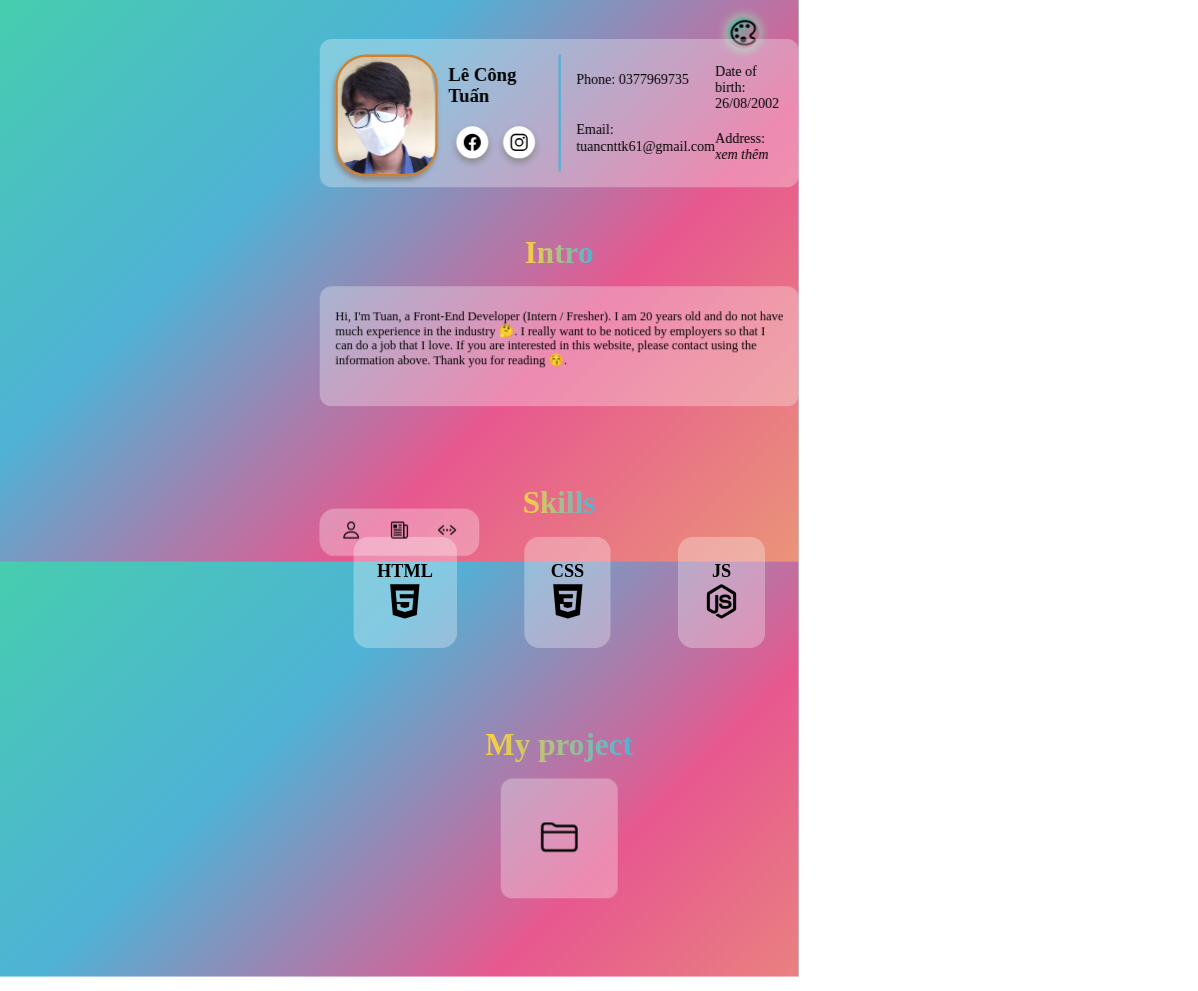
Repository: LeCongTuan2608/Profile
Page: index.html
These files come from the project's save history. The page is drawn as it stood at one moment and after the next save; the edit follows.
The browser window is 1024 px wide. The page is 1229 px wide, then 1536 px, so the pictures cover 1536 px, including what lies to the right of the window. The pictures show the whole page, at 78% of full size.
Backgrounds fixed to the window are drawn as part of the page. The style sheet was rebuilt from its Sass, Less or Tailwind sources for each picture, by a compiler version that may differ from the author's.

Above is the page before, as saved 2022-05-05 12:16:48.

### index.html
<!DOCTYPE html>
<html lang="en">
   <head>
      <meta charset="UTF-8" />
      <meta http-equiv="X-UA-Compatible" content="IE=edge" />
      <meta name="viewport" content="width=device-width, initial-scale=1.0" />

      <script type="module" src="https://unpkg.com/ionicons@5.5.2/dist/ionicons/ionicons.esm.js"></script>
      <script nomodule src="https://unpkg.com/ionicons@5.5.2/dist/ionicons/ionicons.js"></script>

      <link rel="preconnect" href="https://fonts.googleapis.com" />
      <link rel="preconnect" href="https://fonts.gstatic.com" crossorigin />
      <link href="https://fonts.googleapis.com/css2?family=Pacifico&display=swap" rel="stylesheet" />

      <link href="https://unpkg.com/aos@2.3.1/dist/aos.css" rel="stylesheet" />
      <script src="https://unpkg.com/aos@2.3.1/dist/aos.js"></script>

      <link rel="stylesheet" href="./sass/css/style.css" />
      <title>Profile</title>
   </head>
   <body>
      <div class="container">
         <div class="palette">
            <ion-icon name="color-palette-outline"></ion-icon>
            <div class="list-color">
               <ul>
                  <li class="bgr-color"></li>
                  <li class="bgr-color"></li>
                  <li class="bgr-color"></li>
               </ul>
            </div>
         </div>

         <div class="contents">
            <div data-aos="flip-left" data-aos-duration="1500">
               <div class="card-info">
                  <div class="personal-information">
                     <div class="image">
                        <div class="user-image">
                           <img src="./images/1.JPG" alt="" />
                        </div>
                        <div class="user-intro">
                           <h2>Lê Công Tuấn</h2>
                           <div class="user-intro-navigation">
                              <div class="navigation-fb">
                                 <a href="https://www.facebook.com/profile.php?id=100026041985048"
                                    ><ion-icon name="logo-facebook"></ion-icon
                                 ></a>
                                 <span>facebook</span>
                              </div>
                              <div class="navigation-ins">
                                 <a href="https://www.instagram.com/tuanle2608/"
                                    ><ion-icon name="logo-instagram"></ion-icon
                                 ></a>
                                 <span>instagram</span>
                              </div>
                           </div>
                        </div>
                     </div>
                     <div class="contact">
                        <div class="contact-info">
                           <span>Phone: 0377969735</span>
                           <span>Email: tuancnttk61@gmail.com</span>
                        </div>
                        <div class="contact-info">
                           <span>Date of birth: 26/08/2002</span>
                           <span>Address: <i id="see">xem thêm</i></span>
                        </div>
                     </div>
                  </div>
               </div>
            </div>
            <div class="card-intro">
               <div class="intro-yourself">
                  <div class="title">
                     <div data-aos="fade-up" data-aos-duration="1000">
                        <h1>Intro</h1>
                     </div>
                  </div>
                  <div data-aos="flip-down" data-aos-duration="1000">
                     <div class="intro-content">
                        <p>
                           Hi, I'm Tuan, a Front-End Developer (Intern / Fresher). I am 20 years old and do not have
                           much experience in the industry 🤔. I really want to be noticed by employers so that I can do
                           a job that I love. If you are interested in this website, please contact using the
                           information above. Thank you for reading 😚.
                        </p>
                     </div>
                  </div>
               </div>

               <div class="my-skills">
                  <div class="title">
                     <div data-aos="fade-down" data-aos-easing="linear" data-aos-duration="300">
                        <h1>Skills</h1>
                     </div>
                  </div>
                  <div class="skills-content">
                     <div class="list-skills">
                        <div data-aos="fade-right">
                           <h3>HTML</h3>
                           <ion-icon name="logo-html5"></ion-icon>
                        </div>

                        <div data-aos="fade-down">
                           <h3>CSS</h3>
                           <ion-icon name="logo-css3"></ion-icon>
                        </div>

                        <div data-aos="fade-left">
                           <h3>JS</h3>
                           <ion-icon name="logo-nodejs"></ion-icon>
                        </div>
                     </div>
                  </div>
               </div>

               <div class="my-project">
                  <div class="title">
                     <div data-aos="fade-up" data-aos-anchor-placement="bottom-bottom">
                        <h1>My project</h1>
                     </div>
                  </div>
                  <div class="project-box">
                     <div data-aos="zoom-in">
                        <div class="box">
                           <ion-icon name="folder-outline"></ion-icon>
                        </div>
                     </div>
                  </div>
               </div>
            </div>
         </div>

         <div class="box-container">
            <div class="list-project">
               <div class="close">
                  <ion-icon name="close-circle-outline"></ion-icon>
               </div>

               <ul>
                  <li>
                     <a href="https://lecongtuan2608.github.io/Youtube/">https://lecongtuan2608.github.io/Youtube/</a>
                  </li>
                  <li><a href="https://lecongtuan2608.github.io/music/">https://lecongtuan2608.github.io/music/</a></li>
               </ul>
            </div>
         </div>
         <div class="toolbar">
            <div class="tollbar-list">
               <ul>
                  <li><ion-icon name="person-outline"></ion-icon></li>
                  <li><ion-icon name="newspaper-outline"></ion-icon></li>
                  <li><ion-icon name="code-working-outline"></ion-icon></li>
               </ul>
            </div>
         </div>
      </div>
   </body>
   <script>
      AOS.init();
   </script>
   <script src="./js/app.js"></script>
</html>

### js/app.js
const open_project = document.querySelector('.box');
const box_container = document.querySelector('.box-container');
const close_box = document.querySelector('.close');
const list_project = document.querySelector('.list-project');
open_project.addEventListener('click', function () {
   box_container.classList.add('open');
});
close_box.addEventListener('click', function () {
   box_container.classList.remove('open');
});
box_container.addEventListener('click', function () {
   box_container.classList.remove('open');
});
list_project.addEventListener('click', function (event) {
   event.stopPropagation();
});

const palette = document.querySelector('.palette');
var bgr_colors = document.querySelectorAll('.bgr-color');
const container = document.querySelector('.container');
const text_colors = document.querySelectorAll('.title h1');
function bgr_change() {
   for (let i = 0; i < bgr_colors.length; i++) {
      bgr_colors[i].addEventListener('click', function () {
         bgr_colors = i;
         if (bgr_colors == 0) {
            for (let text_color of text_colors) {
               text_color.classList.remove('text-color-2');
               text_color.classList.remove('text-color-3');
               text_color.classList.add('text-color-1');
            }
            container.classList.remove('bgr-color-2');
            container.classList.remove('bgr-color-3');
            container.classList.add('bgr-color-1');
         } else if (bgr_colors == 1) {
            for (let text_color of text_colors) {
               text_color.classList.remove('text-color-1');
               text_color.classList.remove('text-color-3');
               text_color.classList.add('text-color-2');
            }
            container.classList.remove('bgr-color-1');
            container.classList.remove('bgr-color-3');
            container.classList.add('bgr-color-2');
         } else if (bgr_colors == 2) {
            for (let text_color of text_colors) {
               text_color.classList.remove('text-color-1');
               text_color.classList.remove('text-color-2');
               text_color.classList.add('text-color-3');
            }
            container.classList.remove('bgr-color-1');
            container.classList.remove('bgr-color-2');
            container.classList.add('bgr-color-3');
         }
      });
   }
}
bgr_change();

### sass/style.scss
*{
    margin: 0;
    padding: 0;
}
html{
    width: 100%;
    height: 100%;
    padding: 0;
    margin: 0;
    font-family: 'Fredoka One', cursive;

}
body{
    width: 100%;
    height: auto;

}
.container{
    padding-top: 50px;
    width: 100%;
    height: auto;
    position: relative;
    background-image: linear-gradient(-45deg, #ea9479, #e7588f, #4fb2d6, #46cdae);
    background-attachment: fixed;
}
.bgr-color-1{
    background-image: linear-gradient(90deg, #74EBD5 0%, #9FACE6 100%);
    background-attachment: fixed;
}
.bgr-color-2{
    background-image: linear-gradient(to right, #eea2a2 0%, #bbc1bf 19%, #57c6e1 42%, #b49fda 79%, #7ac5d8 100%);
    background-attachment: fixed;
}
.bgr-color-3{
    background-image: linear-gradient(to top, #88d3ce 0%, #6e45e2 100%);
    background-attachment: fixed;
}
.palette{
    position: fixed;
    top: 3%;
    right: 5%;
    font-size: 40px;
}
.list-color ul{
    position: absolute;
}
.palette:hover ul li{
    display: block;
}
// chọn màu bgr
.list-color ul li:first-child{
    margin-bottom: 10px;
    background-image: linear-gradient(90deg, #74EBD5 0%, #9FACE6 100%);
}
.list-color ul li:nth-of-type(2){
    margin-bottom: 10px;
    background-image: linear-gradient(to right, #eea2a2 0%, #bbc1bf 19%, #57c6e1 42%, #b49fda 79%, #7ac5d8 100%);
}
.list-color ul li:last-child{
    background-image: linear-gradient(to top, #88d3ce 0%, #6e45e2 100%);

}

.list-color ul li{
    list-style-type: none;
    display: none;
    width: 40px;
    height: 40px;
    border-radius: 100rem;
    box-shadow: #3d3d3d -1px 2px 5px 2px;

}
.toolbar{
    width:  20%;
    border-radius: 20px;
    position: fixed;
    font-size: 25px;
    left: 50%;
    transform: translateX(-50%);
    bottom: 1%;
    background-color: rgba($color: white, $alpha: 0.3);
}
.tollbar-list{
    padding: 10px;
}
.toolbar ul{
    display: flex;
    justify-content: space-around;
}
.toolbar ul li {
    list-style-type: none;
    display: inline;
    border-radius: 100rem;
    cursor: pointer;
}
.toolbar ul li ion-icon{
    padding: 5px;
}
.toolbar ul li:hover {
background-color: #a5e296;
}
.palette ion-icon{
    background-image: linear-gradient(-45deg, #e7588f,#46cdae);
    border-radius: 100rem;
    box-shadow: #a9a9a9 0px 0px 10px 6px;
    cursor: pointer;
}
.contents{
    width: 100%;
    display: flex;
    flex-wrap: wrap;
    align-content: center;
    flex-direction: column;
}
.contents > div{
    width: 60%;
}
.card-info{
    background-color: rgba($color: white, $alpha: 0.3);
    border-radius: 15px;
}
.personal-information{
    padding: 20px;
    display: flex;

}
.image{
    display: flex;
    flex: 1;
    border-right: 3px solid;
    border-color:#4fb2d6;
    padding-right: 20px;
}
.user-image{
    width: 150px;
    height: 150px;
    // border: 3px solid;
    // border-image-source: linear-gradient(to top, #f64f59, #9634c8);
    // border-image-slice :1;
}
.user-image img{
    width: 100%;
    height: 100%;
    object-fit: cover;
    border-radius: 40px;
    border: solid;
    border-color: #cd802e;
    box-shadow: rgb(137, 137, 137) -2px 5px 7px 0px;


}
.user-intro{
    display: flex;
    margin-left: 20px;
    flex-direction: column;
    justify-content: space-around;
}
.user-intro-navigation{
    display: flex;
    justify-content: space-around;
}
.user-intro-navigation a{
    color: black;
    text-decoration: none;
}
.user-intro-navigation a > ion-icon{
    font-size: 25px;
    border-radius: 100rem;
    padding: 8px;
    background-color: white;
    box-shadow: rgb(137, 137, 137) 0px 5px 10px 0px;
}
.navigation-fb{
    position: relative;
}
.navigation-fb span{
    display: none;
}
.navigation-fb a > ion-icon:hover{
    background-color: rgb(153, 159, 248);
}
.navigation-fb:hover span{
    position: absolute;
    display: block;
    background-color: rgb(153, 159, 248);
    border-radius: 40px;
    padding: 5px;
    font-size: 18px;
    top: -95%;
    left: -50%;
    font-weight: 700;
    animation: intro ease 0.5s;
    z-index: 2;
}
.navigation-fb:hover::after{
    position: absolute;
    content: "";
    width: 13px;
    height: 13px;
    background-color: rgb(153, 159, 248);
    clip-path: polygon(50% 100%, 0 0, 100% 0);
    top: -25%;
    left: 30%;
    animation: intro ease 0.5s;
    z-index: 1;
}


.navigation-ins{
    position: relative;
}
.navigation-ins span{
    display: none;
}
.navigation-ins a > ion-icon:hover{
    background-color: rgb(64, 173, 177);
}
.navigation-ins:hover span{
    position: absolute;
    display: block;
    background-color: rgb(64, 173, 177);
    border-radius: 40px;
    padding: 5px;
    font-size: 18px;
    top: -95%;
    left: -50%;
    font-weight: 700;
    animation: intro ease 0.5s;
    z-index: 2;
}
.navigation-ins:hover::after{
    position: absolute;
    content: "";
    width: 13px;
    height: 13px;
    background-color: rgb(64, 173, 177);
    clip-path: polygon(50% 100%, 0 0, 100% 0);
    top: -25%;
    left: 30%;
    animation: intro ease 0.5s;
    z-index: 1;
}
.contact{
    flex: 1;
    display: flex;
    padding-left: 20px;
}
.contact-info{
    flex: 1;
    display: flex;
    flex-direction: column;
    justify-content: space-around;
}
.contact-info span{
    font-size: 18px;
    overflow: hidden;
}

.card-intro{
    margin-top: 30px;
    width: 60%;

}
.intro-yourself{
    margin: 30px 0 100px 0;
}
.title{
    text-align: center;
    margin-bottom: 20px;
    font-size: 20px;
}
.title h1{
    display: inline-block;
    background-image: linear-gradient( to right,#ffce3d, #4fb2d6);
    color: transparent;
    -webkit-background-clip: text;
    background-clip: text;
}
// đổi màu text
.text-color-1{
    background-image: linear-gradient(-225deg, #AC32E4 0%, #7918F2 48%, #4801FF 100%) !important;
}
.text-color-2{
    background-image: linear-gradient(-225deg, #A445B2 0%, #D41872 52%, #FF0066 100%) !important;
}
.text-color-3{
    background-image: linear-gradient(to top, #50cc7f 0%, #f5d100 100%) !important;
}

//===============
.intro-content{
    padding: 30px 20px 50px 20px;
    background-color: rgba($color: white, $alpha: 0.3);
    border-radius: 15px;
}

.my-skills {
    margin: 30px 0 100px 0;
}
.skills-content .list-skills{
    display: flex;
    justify-content: space-around;
}
.skills-content .list-skills div{
    padding: 5%;
    border-radius: 20px;
    background-color: rgba(255, 255, 255, 0.3);
    list-style-type: none;
    display: inline;
    text-align: center;
    font-size: 20px;
}

.skills-content .list-skills div ion-icon{
    font-size: 50px;
}
.my-project{
    margin: 30px 0 100px 0;

}
.project-box{
    display: flex;
    justify-content: center;
}
.box{
    background-color: rgba($color: white, $alpha: 0.3);
    border-radius: 15px;
    text-align: center;
    cursor: pointer;
}
.box:hover{
    transition-duration: 0.5s;
    transform: scale(1.1, 1.1);
    box-shadow: rgba(130, 130, 130, 0.773) 0px 1px 5px 2px;
}
.box > ion-icon{
    font-size: 50px;
    padding: 50px;
}
.box-container{
    position: fixed;
    top:0;
    left: 0;
    right: 0;
    bottom: 0;
    background-color: rgba( rgb(186, 186, 186), 0.5);
    display: none;
}
.open{
    display: block;
}
.list-project{
    position: absolute;
    left: 30%;
    right: 30%;
    top: 50%;
    transform: translateY(-50%);
    border-radius: 15px;
    background-color: white;
    box-shadow: rgb(137, 137, 137) 0px 5px 10px 0px;
    text-align: center;
    animation: intro ease 1s;

}
.close{
    position: absolute;
    width: 30px;
    height: 30px;
    right: 2%;
    top: 2%;
    font-size: 25px;
    cursor: pointer;
}
.list-project ion-icon:hover{
    color: red;
    border-radius: 100rem;

}
.list-project ul{
    padding: 50px 10px 30px 10px;
}
.list-project ul li{
    list-style-type: none;
}
.list-project ul li a{
    text-decoration: none;
    color: black;
}
.list-project ul li a:hover{
    color: rgb(53, 138, 213);
}
@keyframes intro{
    from {
        transform: translateY((100%));
    }
    to{
        transform: translateY((-50%));
    }
}
@media screen and (max-width:1060px) {
    .contents {
        margin: 0 20% 0 20%;
    }
}

After the next save:
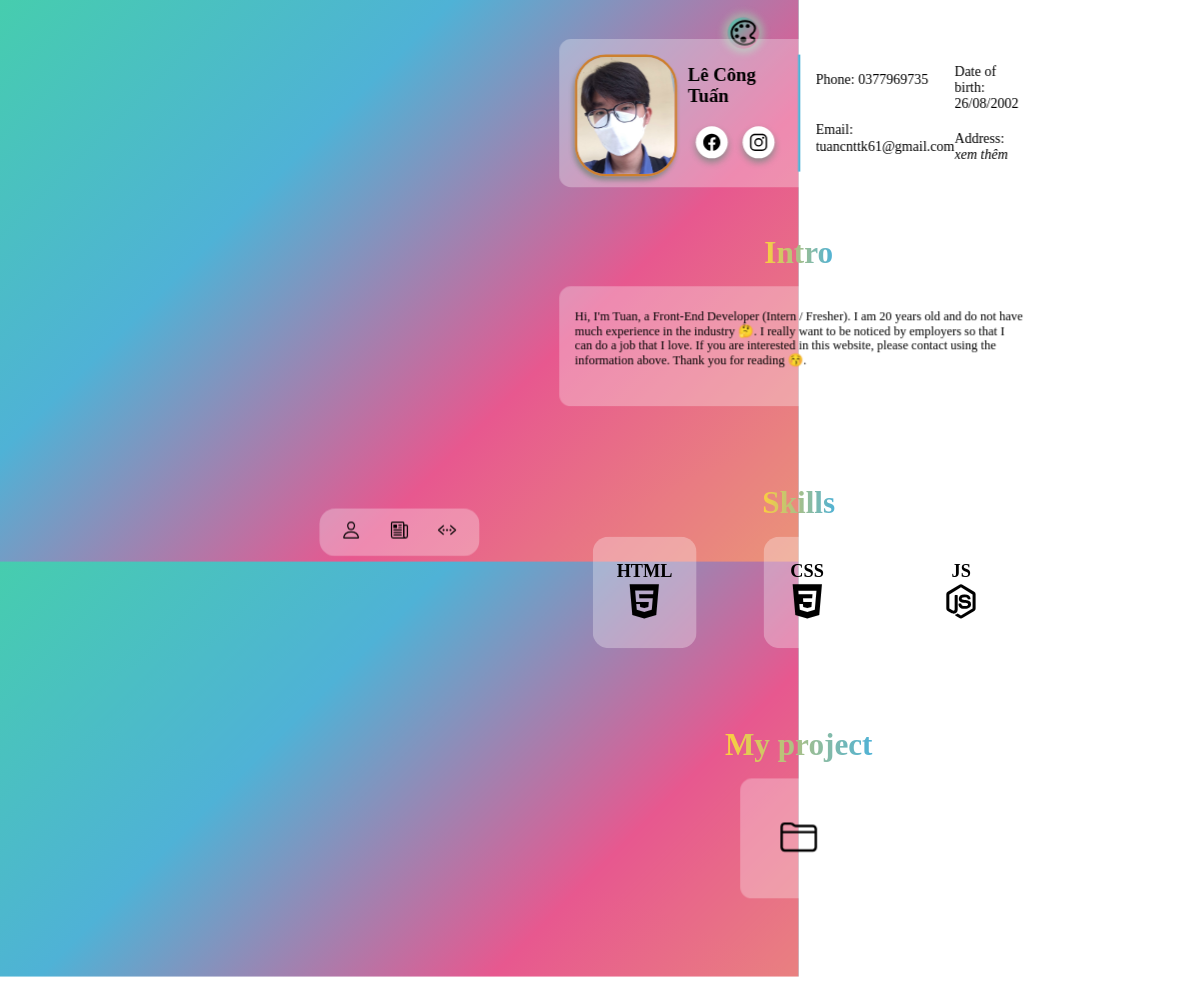
Saved 20 s later.
--- a/sass/style.scss
+++ b/sass/style.scss
@@ -399,6 +399,6 @@ background-color: #a5e296;
 }
 @media screen and (max-width:1060px) {
     .contents {
-        margin: 0 20% 0 20%;
+        margin: 0 5% 0 50%;
     }
 }
